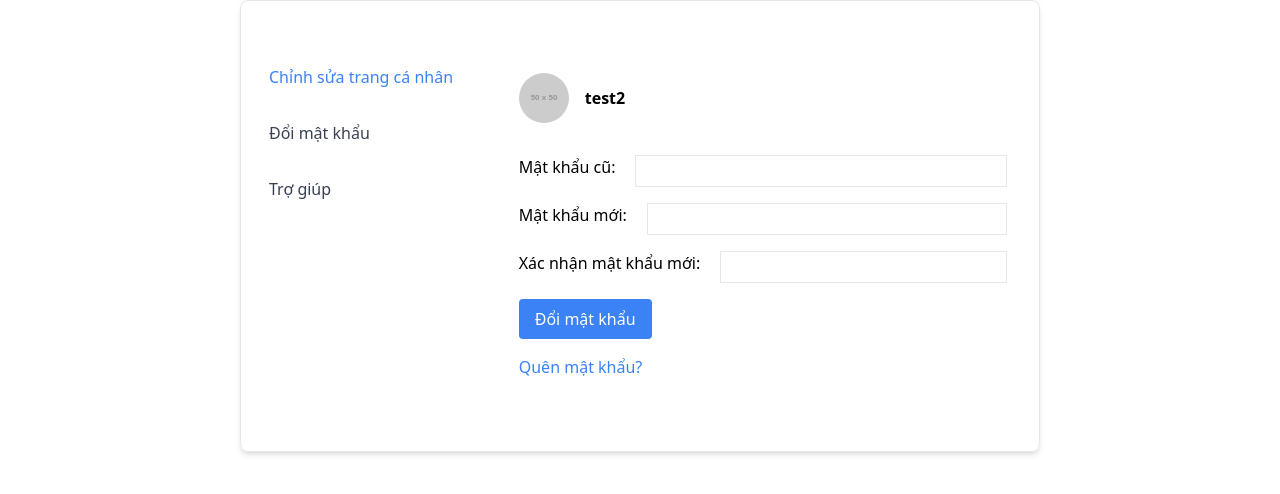
Repository: DangNgocDuong250903/2425_CS445AC_NHOM1
Page: /changepassword (app in social_fe/)
The author's editor kept a copy of each file at every save. The page is drawn from the files as they stood at one save, then again after the next save.
The browser window is 1280 px wide. The pictures show the whole page.
The project was rebuilt for these pictures with package versions that can differ from the ones it lists, and the page was loaded fresh each time. Also part of the build but not shown: social_fe/vite.config.js, social_fe/src/components/Button/index.jsx, social_fe/src/assets/index.js, social_fe/src/components/FriendCard/index.jsx, social_fe/src/components/Loading/index.jsx, social_fe/src/components/PostCard/index.jsx, social_fe/src/components/ProfileCard/index.jsx, social_fe/src/components/TextInput/index.jsx and 9 more.

Above is the page before, as saved 2024-11-05 16:54:14.

### social_fe/index.html
<!DOCTYPE html>
<html lang="en">
  <head>
    <meta charset="UTF-8" />
    <link rel="icon" type="image/svg+xml" href="/public/logo.svg" />
    <meta name="viewport" content="width=device-width, initial-scale=1.0" />
    <title>LinkVerse</title>
  </head>
  <body>
    <div id="root"></div>
    <script type="module" src="/src/main.jsx"></script>
  </body>
</html>

### social_fe/src/main.jsx
import { StrictMode } from "react";
import { createRoot } from "react-dom/client";
import App from "./App.jsx";
import "./index.css";
import { store } from "./redux/store.js";
import { Provider } from "react-redux";
import { BrowserRouter } from "react-router-dom";

createRoot(document.getElementById("root")).render(
  <StrictMode>
    <Provider store={store}>
      <BrowserRouter>
        <App />
      </BrowserRouter>
    </Provider>
  </StrictMode>,
);

### social_fe/src/App.jsx
import { Outlet, Navigate, Route, Routes, useLocation } from "react-router-dom";
import {
  Home,
  Profile,
  Register,
  Login,
  ResetPassword,
  NotFound,
} from "./pages";
import { useSelector } from "react-redux";
import UpdateUser from "./pages/ProfilePage/updateUser";
import ChangePassword from "./pages/ProfilePage/ChangePassword";

const Layout = () => {
  const { user } = useSelector((state) => state.user);
  const location = useLocation();

  return user?.token ? (
    <Outlet />
  ) : (
    <Navigate to="/login" state={{ from: location }} replace />
  );
};

function App() {
  const { theme } = useSelector((state) => state.theme);

  return (
    <div data-theme={theme} className="w-full min-h-[100vh]">
      <Routes>
        <Route element={<Layout />}>
          <Route path="/" element={<Home />} />
          <Route path="/profile" element={<Profile />} />
          <Route path="/update_user" element={<UpdateUser />} />
          <Route path="/changepassword" element={<ChangePassword />} />




        </Route>

        <Route path="/register" element={<Register />} />
        <Route path="/login" element={<Login />} />
        <Route path="/reset-password" element={<ResetPassword />} />
        <Route path="*" element={<NotFound />} />
      </Routes>
    </div>
  );
}

export default App;

### social_fe/src/index.css
@tailwind base;
@tailwind components;
@tailwind utilities;

::-webkit-scrollbar {
    display: none;
     -ms-overflow-style: none;  /* IE and Edge */
    scrollbar-width: none;
  }

  .topbar{
  position: sticky;
  top: 0px;
  z-index: 49;
  }


  .dots-container {
    display: flex;
    align-items: center;
    justify-content: center;
    height: 100%;
    width: 100%;
    margin-bottom: 5px;
  }

  .dot {
    height: 12px;
    width: 12px;
    margin-right: 10px;
    border-radius: 10px;
    background-color: #fff;
    animation: pulse 1.5s infinite ease-in-out;
  }

  .dot:last-child {
    margin-right: 0;
  }

  .dot:nth-child(1) {
    animation-delay: -0.3s;
  }

  .dot:nth-child(2) {
    animation-delay: -0.1s;
  }

  .dot:nth-child(3) {
    animation-delay: 0.1s;
  }

  @keyframes pulse {
    0% {
      transform: scale(0.8);
      background-color: #b3d4fc;
      box-shadow: 0 0 0 0 rgba(178, 212, 252, 0.7);
    }

    50% {
      transform: scale(1.2);
      background-color: #4b79e4;
      box-shadow: 0 0 0 10px rgba(178, 212, 252, 0);
    }

    100% {
      transform: scale(0.8);
      background-color: #2584f8;
      box-shadow: 0 0 0 0 rgba(178, 212, 252, 0.7);
    }
  }

  @layer base {
    :root {
      --color-bg: 227 227 227;
      --color-primary: 255 255 255;
      --color-secondary:255 255 255;
      --color-ascent1: 0 0 0;
      --color-ascent2: 89 91 100;
      --color-blue: 6 90 216;
      --color-white: 255 255 255;

    }
    /* //15 23 42  21 30 49*/
    [data-theme="dark"] {
       --color-bg: 12 12 12;
       --color-primary: 31 31 31;
      --color-secondary: 47 45 48;
      --color-ascent1: 255 255 255;
      --color-ascent2: 164 161 162;
      --color-blue: 6 90 216;
      /* //16 176 255; */
      --color-white: 255 255 255;
    }
  }

### social_fe/src/redux/store.js
import { configureStore } from "@reduxjs/toolkit";

import { rootReducer } from "./reducer";

const store = configureStore({
  reducer: rootReducer,
});

const { dispatch } = store;

export { store, dispatch };

### social_fe/src/pages/index.js
import Home from "./HomePage";
import Login from "./LoginPage";
import NotFound from "./NotFoundPage";
import Profile from "./ProfilePage";
import Register from "./RegisterPage";
import ResetPassword from "./ResetPasswordPage";

export { Home, Login, NotFound, Profile, Register, ResetPassword };

### social_fe/src/pages/ProfilePage/ChangePassword.jsx
import React, { useState } from 'react';
import { Link, useNavigate } from 'react-router-dom';

const ChangePassword = () => {
    const [selectedLink, setSelectedLink] = useState(1);
    const navigate = useNavigate()
    const handleLinkClick = (linkIndex) => {
        setSelectedLink(linkIndex);
    };
    return (
        <div className="flex w-[800px] mx-auto pt-10 pb-10 border border-gray-200 shadow-md rounded-lg">
            <div className="w-1/3 p-4 bg-white rounded-md ">
                <ul className="flex flex-col ">

                    <Link
                        to="/update_user"
                        onClick={() => handleLinkClick(1)}
                        className={`mb-4 font-medium hover:bg-gray-200 px-3 py-2 rounded-lg hover:bg-gray-200 px-3 py-2 rounded-lg ${selectedLink === 1 ? 'text-blue-500' : 'text-gray-700'}`}
                    >
                        Chỉnh sửa trang cá nhân
                    </Link>


                    <Link
                        to="/changepassword"
                        onClick={() => handleLinkClick(2)}
                        className={`mb-4 font-medium hover:bg-gray-200 px-3 py-2 rounded-lg ${selectedLink === 2 ? 'text-blue-500' : 'text-gray-700'}`}
                    >
                        Đổi mật khẩu
                    </Link>

                    <Link

                        onClick={() => handleLinkClick(3)}
                        className={`mb-4 font-medium hover:bg-gray-200 px-3 py-2 rounded-lg ${selectedLink === 3 ? 'text-blue-500' : 'text-gray-700'}`}
                    >
                        Trợ giúp
                    </Link>
                </ul>
            </div>
            <div className="w-3/4 p-8">
                <div className="flex items-center mb-8">
                    <img src="https://placehold.co/50x50" alt="User avatar" className="mr-4 rounded-full" />
                    <span className="font-bold">test2</span>
                </div>
                <div className="flex gap-5 mb-4">
                    <label className="max-w-[200px] mb-2">Mật khẩu cũ:</label>
                    <input type="password" className="flex-grow px-2 border" />
                </div>
                <div className="flex gap-5 mb-4">
                    <label className="mb-2 max-w-[200px] ">Mật khẩu mới:</label>
                    <input type="password" className="flex-grow px-2 border" />
                </div>
                <div className="flex gap-5 mb-4">
                    <label className="mb-2 max-w-[200px] ">Xác nhận mật khẩu mới:</label>
                    <input type="password" className="flex-grow px-2 border" />
                </div>
                <button className="px-4 py-2 text-white bg-blue-500 rounded">Đổi mật khẩu</button>
                <div className="mt-4">
                    <a href="#" className="text-blue-500">Quên mật khẩu?</a>
                </div>
            </div>
        </div>
    );
};

export default ChangePassword;

### social_fe/src/redux/reducer.js
import { combineReducers } from "@reduxjs/toolkit";

import postSlice from "./Slices/postSlice";
import themeSlice from "./Slices/theme";
import userSlice from "./Slices/userSlice";

const rootReducer = combineReducers({
  user: userSlice,
  theme: themeSlice,
  posts: postSlice,
});

export { rootReducer };

### social_fe/src/redux/Slices/postSlice.js
import { createSlice } from "@reduxjs/toolkit";

const initialState = {
  posts: {},
};

const postSlice = createSlice({
  name: "post",
  initialState,
  reducers: {
    getPosts(state, action) {
      state.posts = action.payload;
    },
  },
});

export default postSlice.reducer;

export function SetPosts(post) {
  return (dispatch) => {
    dispatch(postSlice.actions.getPosts(post));
  };
}

### social_fe/src/redux/Slices/theme.js
import { createSlice } from "@reduxjs/toolkit";

const initialState = {
  theme: JSON.parse(window?.localStorage.getItem("theme")) ?? "dark",
};

const themeSlice = createSlice({
  name: "theme",
  initialState,
  reducers: {
    setTheme(state, action) {
      state.theme = action.payload;
      localStorage.setItem("theme", JSON.stringify(action.payload));
    },
  },
});

export default themeSlice.reducer;

export function SetTheme(value) {
  return (dispatch) => {
    dispatch(themeSlice.actions.setTheme(value));
  };
}

### social_fe/src/redux/Slices/userSlice.js
import { createSlice } from "@reduxjs/toolkit";

import { user } from "../../assets/data";

const initialState = {
  user: JSON.parse(window?.localStorage.getItem("user")) ?? user,
  edit: false,
};

const userSlice = createSlice({
  name: "user",
  initialState,
  reducers: {
    login(state, action) {
      state.user = action.payload;
      localStorage.setItem("user", JSON.stringify(action.payload));
    },
    logout(state) {
      state.user = null;
      localStorage?.removeItem("user");
    },
    updateProfile(state, action) {
      state.edit = action.payload;
    },
  },
});
export default userSlice.reducer;

export function UserLogin(user) {
  return (dispatch) => {
    dispatch(userSlice.actions.login(user));
  };
}

export function Logout() {
  return (dispatch) => {
    dispatch(userSlice.actions.logout());
  };
}

export function UpdateProfile(val) {
  return (dispatch) => {
    dispatch(userSlice.actions.updateProfile(val));
  };
}

### social_fe/tailwind.config.js
/** @type {import('tailwindcss').Config} */
export default {
  content: [
    "./index.html",
    "./src/**/*.{js,ts,jsx,tsx}",
  ],
  theme: {
    extend: {
      colors: {
        bgColor: "rgb(var(--color-bg) / <alpha-value>)",
        primary: "rgb(var(--color-primary) / <alpha-value>)",
        secondary: "rgb(var(--color-secondary) / <alpha-value>)",
        customBlue: "rgb(var(--color-blue) / <alpha-value>)",
        white: "rgb(var(--color-white) / <alpha-value>)",
        ascent: {
          1: "rgb(var(--colorgit-ascent1) / <alpha-value>)",
          2: "rgb(var(--color-ascent2) / <alpha-value>)",
        },
      },
      screens: {
        sm: "640px",

        md: "768px",

        lg: "1024px",

        xl: "1280px",

        "2xl": "1536px",
      },
      extend: {
      },
    },
    plugins: [],
  }
}

Loaded but not shown: social_fe/src/assets/data.js (508 lines, source omitted)

After the next save:
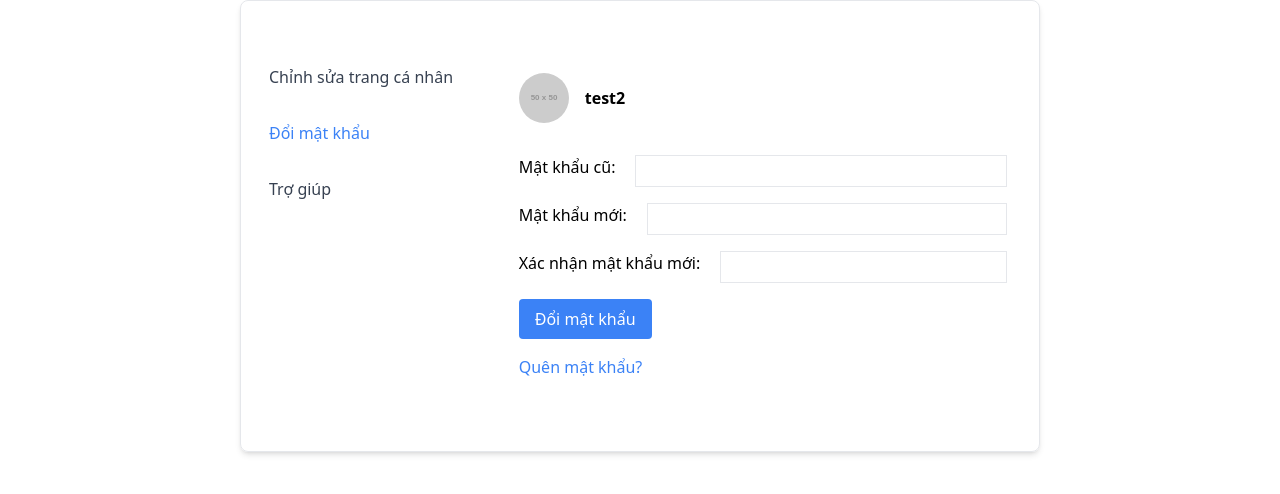
Saved 20 s later.
--- a/social_fe/src/pages/ProfilePage/ChangePassword.jsx
+++ b/social_fe/src/pages/ProfilePage/ChangePassword.jsx
@@ -2,7 +2,7 @@ import React, { useState } from 'react';
 import { Link, useNavigate } from 'react-router-dom';
 
 const ChangePassword = () => {
-    const [selectedLink, setSelectedLink] = useState(1);
+    const [selectedLink, setSelectedLink] = useState(2);
     const navigate = useNavigate()
     const handleLinkClick = (linkIndex) => {
         setSelectedLink(linkIndex);
